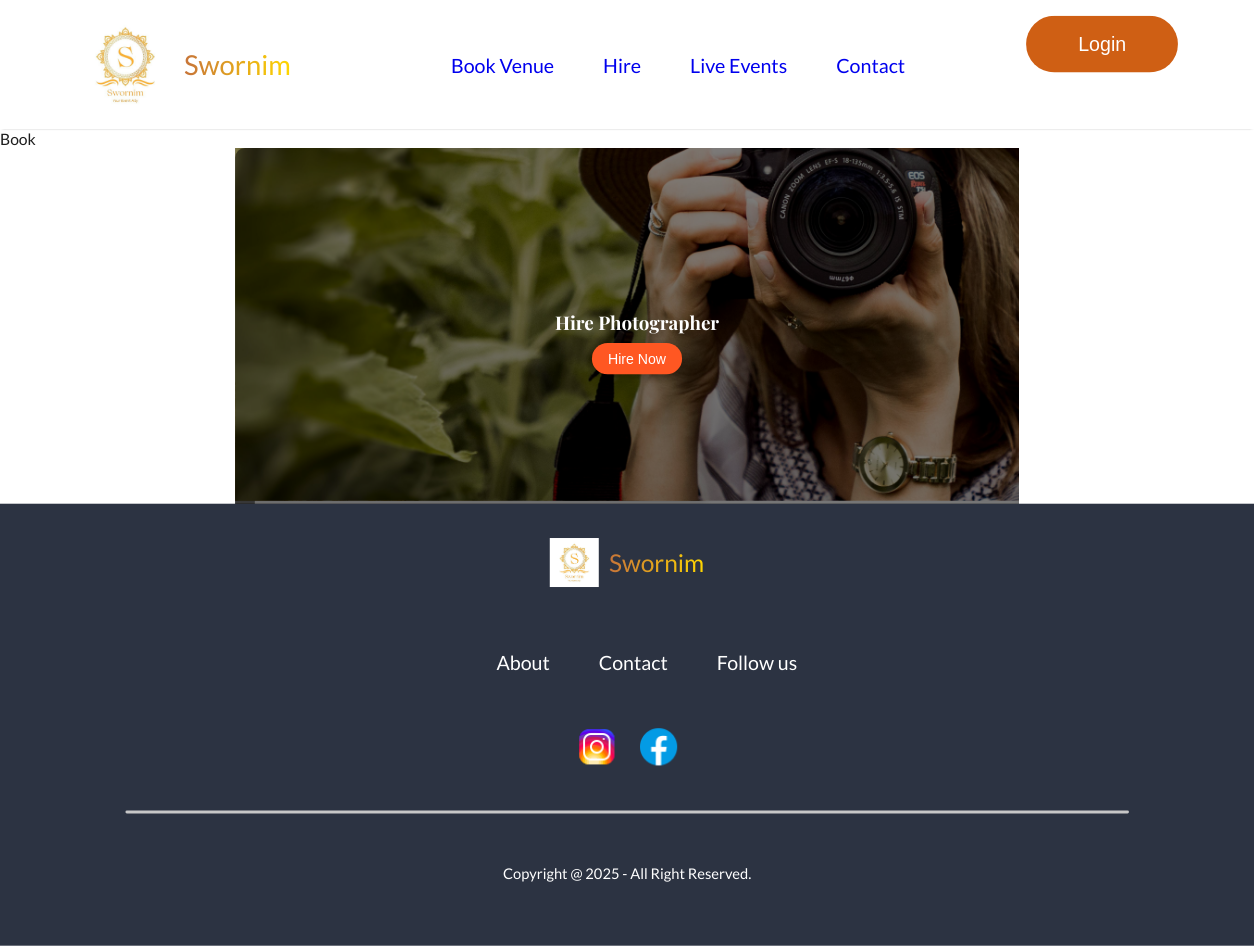
Repository: leonischu/Swornim
Page: / (app in frontend/)
The author's editor kept a copy of each file at every save. The page is drawn from the files as they stood at one save, then again after the next save.
The browser window is 1280 px wide. The pictures show the whole page, at 98% of full size.
Pictures or frames that could not be fetched are drawn as grey boxes. The project was rebuilt for these pictures with package versions that can differ from the ones it lists, and the page was loaded fresh each time. Also part of the build but not shown: frontend/src/App.css, frontend/src/Pages/Contact.jsx, frontend/src/Pages/CSS/LoginSignup.css, frontend/src/Pages/LoginSignup.jsx.

Above is the page before, as saved 2025-05-31 20:45:31.

After the next save:
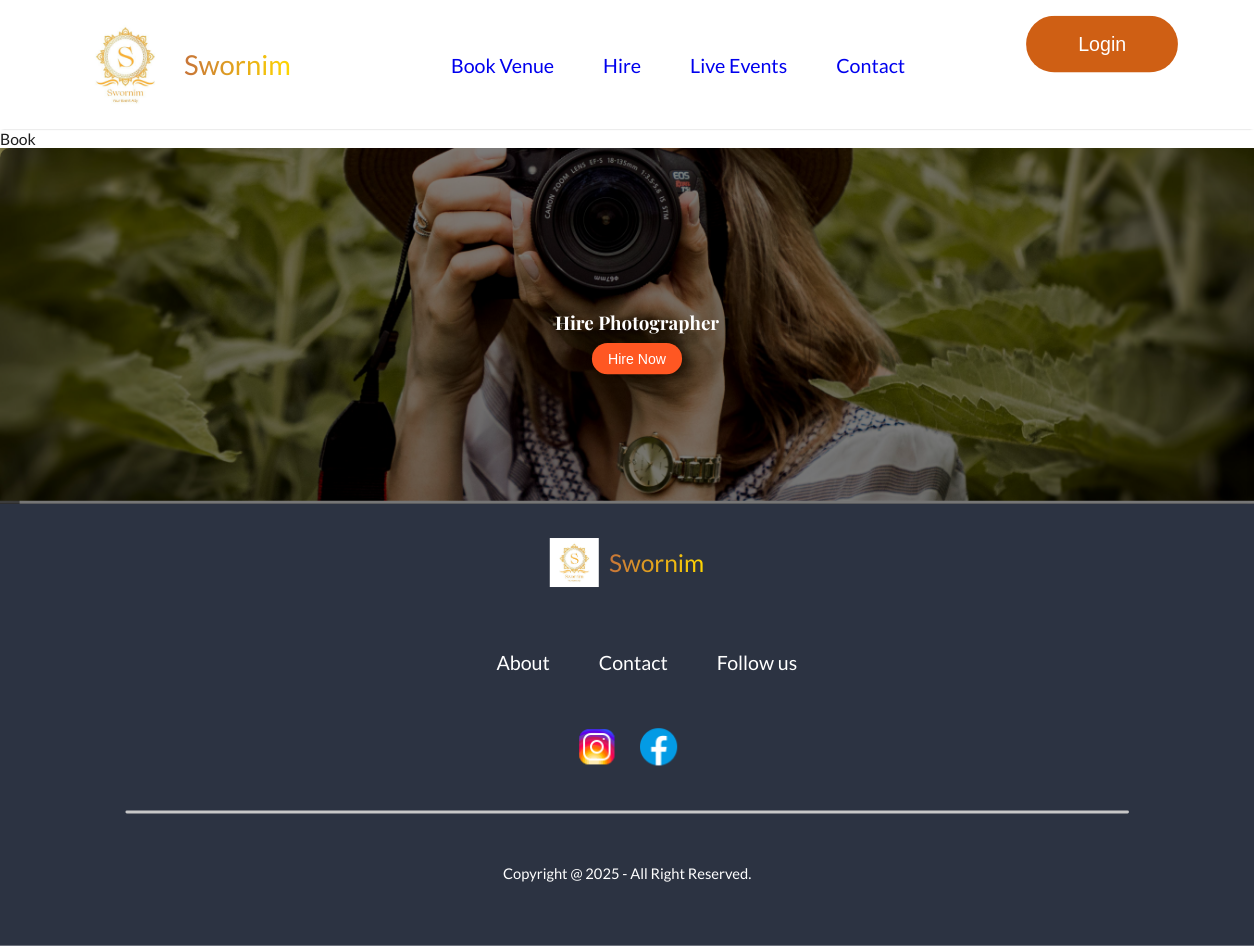
Saved 2 min 49 s later.
--- a/frontend/src/Components/Carousel/Carousel.css
+++ b/frontend/src/Components/Carousel/Carousel.css
@@ -1,7 +1,6 @@
 /* Carousel container */
 .carousel-container {
-  width: 100%;
-  max-width: 800px; /* Make the slider narrower */
+  width: 100vw;
   margin: 0 auto;
   overflow: hidden;
 }
